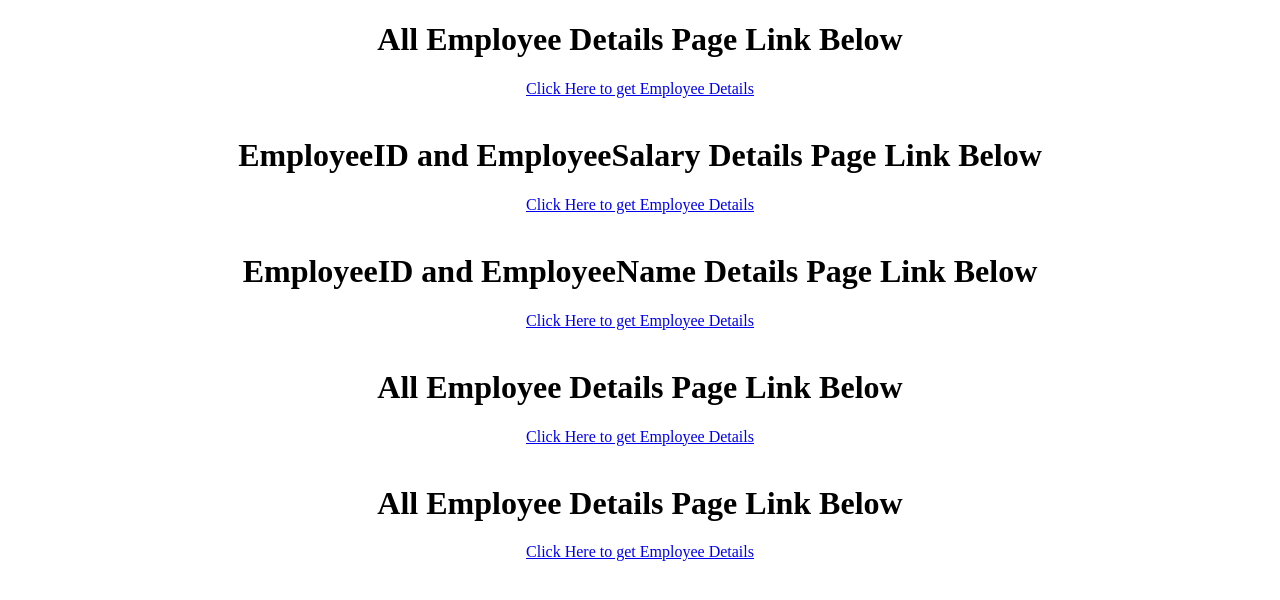
Repository: RhutujaBD/SpringMVCSession
Page: http://localhost/Spring-MVC-JDBCTemplate/WEB-INF/pages/home.jsp
These files come from the project's save history. The page is drawn as it stood at one moment and after the next save; the edit follows.
The browser window is 1280 px wide. The pictures show the whole page.
The page is served by Tomcat 9. Nobody is signed in. The template is opened directly, without the code that normally fills it, so the values that code supplies are empty.

Above is the page before, as saved 2023-03-29 04:14:48.

After the next save:
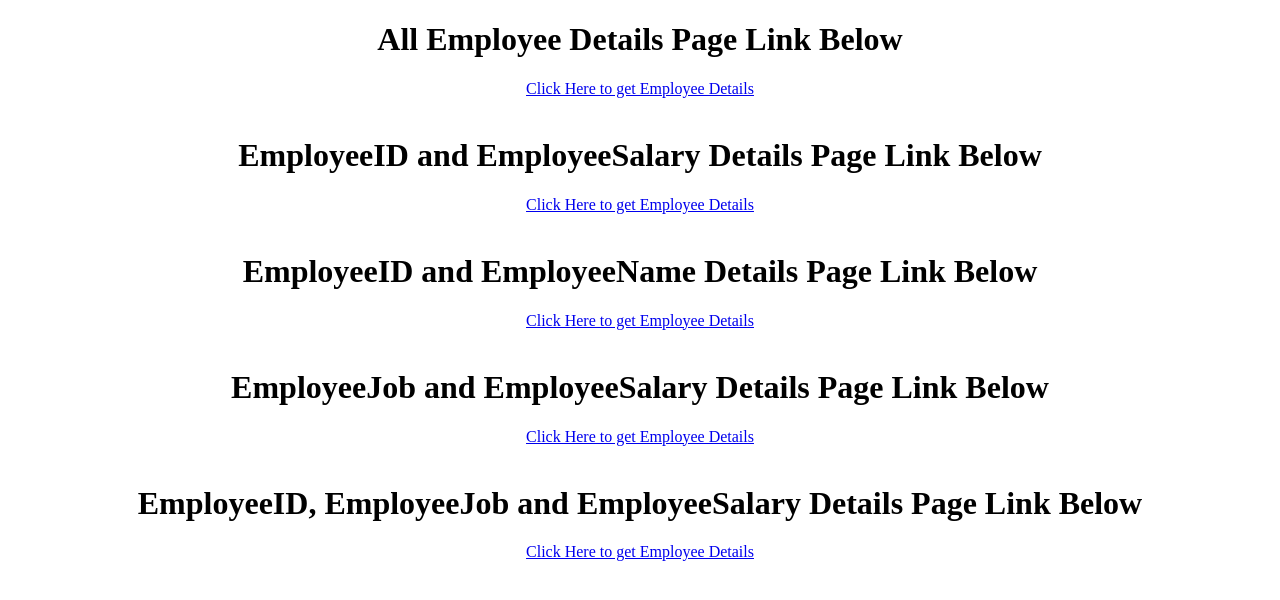
Saved 2 min 20 s later.
--- a/Spring-MVC-JDBCTemplate/src/main/webapp/WEB-INF/pages/home.jsp
+++ b/Spring-MVC-JDBCTemplate/src/main/webapp/WEB-INF/pages/home.jsp
@@ -16,10 +16,10 @@
 	<h1 align="center">EmployeeID and  EmployeeName Details Page Link Below</h1>
 	<div align="center"><a href="list_employees.htm">Click Here to get Employee Details</a></div>
 	<br />
-	<h1 align="center">All Employee Details Page Link Below</h1>
+	<h1 align="center">EmployeeJob and EmployeeSalary Details Page Link Below</h1>
 	<div align="center"><a href="list_employees.htm">Click Here to get Employee Details</a></div>
 	<br />
-	<h1 align="center">All Employee Details Page Link Below</h1>
+	<h1 align="center">EmployeeID, EmployeeJob and EmployeeSalary Details Page Link Below</h1>
 	<div align="center"><a href="list_employees.htm">Click Here to get Employee Details</a></div>
 	<br />
 
